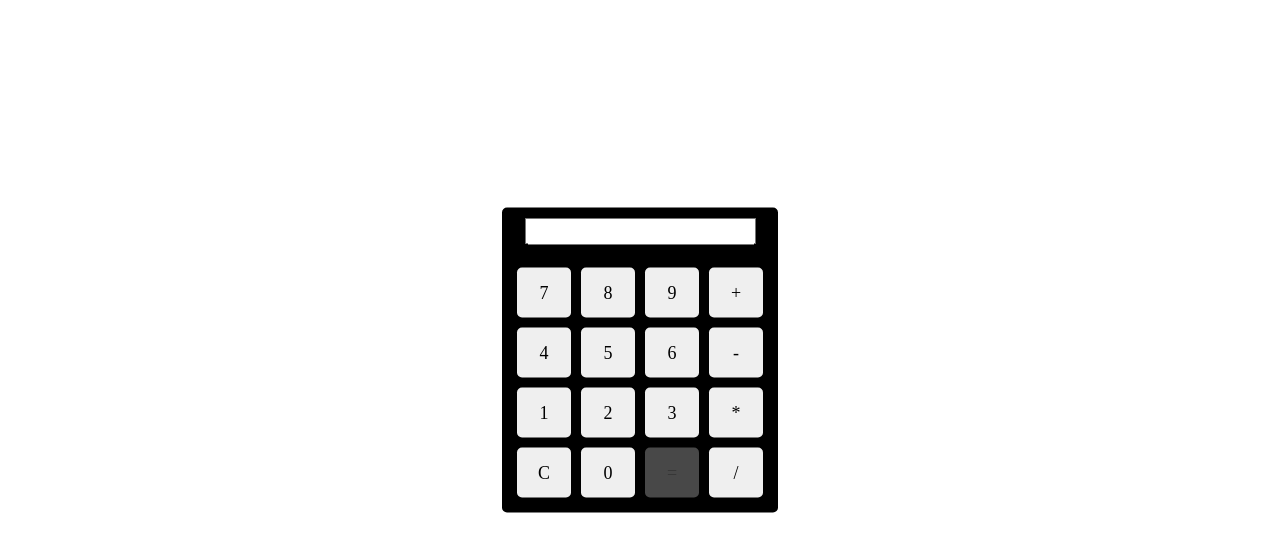
Repository: rajratangm/calculator
Page: /
These files come from the project's save history. The page is drawn as it stood at one moment and after a run of saves; the edit follows.
The browser window is 1280 px wide. The pictures show the whole page.
The project was rebuilt for these pictures with package versions that can differ from the ones it lists, and the page was loaded fresh each time.

Above is the page before, as saved 2024-04-03 12:24:55.

After the next 4 saves:
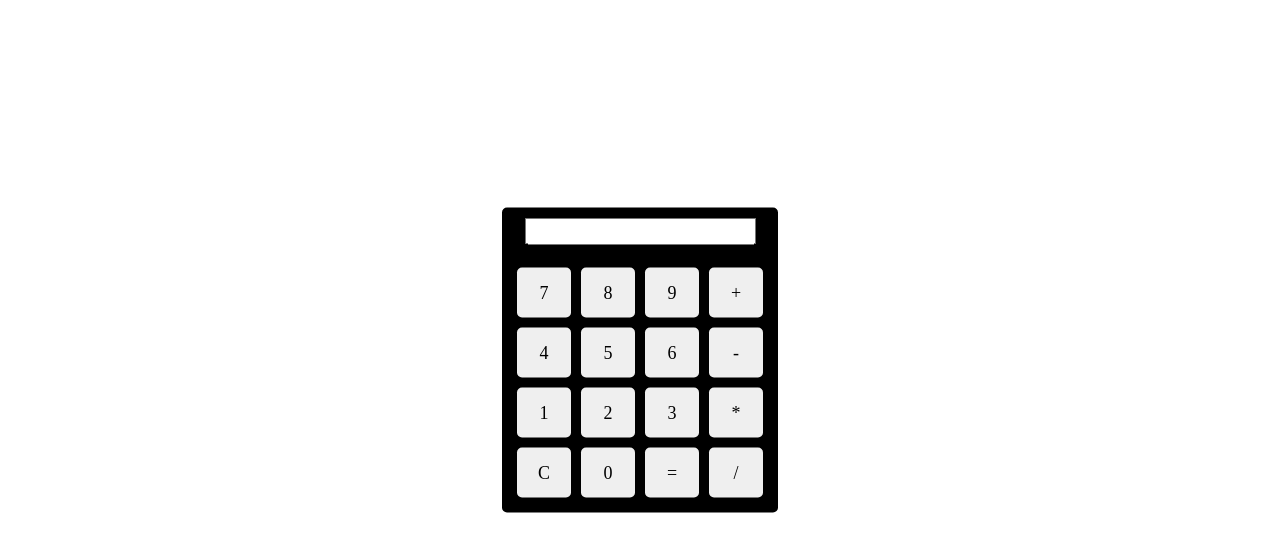
The 4 saves are shown as one change because 2 did not build or start and some came seconds apart.
The last was saved 90 s later.
--- a/src/App.js
+++ b/src/App.js
@@ -59,7 +59,7 @@ function App() {
 
         <button onClick={() => handleClick('C')}>C</button>
         <button onClick={() => handleClick('0')}>0</button>
-        <button onClick={calculate} disabled={!text.trim() || text.trim().endsWith('+') || text.trim().endsWith('-') || text.trim().endsWith('*') || text.trim().endsWith('/')}>=</button>
+        <button onClick={calculate} >=</button>
         <button onClick={() => handleClick('/')}>/</button>
       </div>
     </div>
